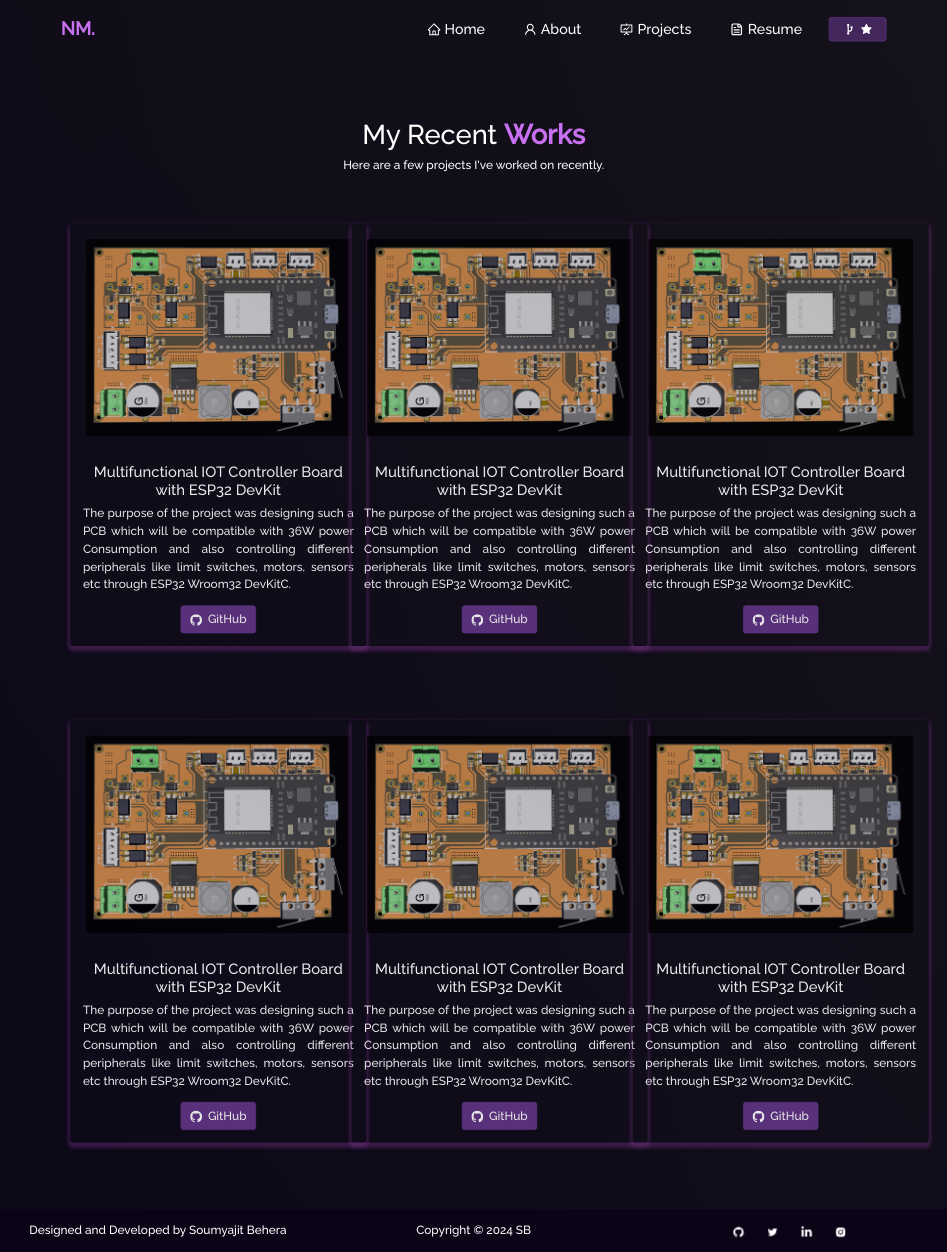
Repository: nenadMarkorvic/personal-website
Page: /project
An editor plug-in stored every save of this project. The page is shown before and after a run of saves, followed by the edit.
The browser window is 1280 px wide. The pictures show the whole page, at 74% of full size.
The project was rebuilt for these pictures with package versions that can differ from the ones it lists, and the page was loaded fresh each time. Also part of the build but not shown: src/components/Home/Home2.js, src/components/Home/Type.js, src/components/Home/Home.js, src/components/About/Github.js, src/components/About/AboutCard.js, src/components/About/Toolstack.js, src/components/About/About.js, src/components/Resume/ResumeNew.js. Imported but missing from the stored project, and not drawn on this page: src/Assets/Nenad Markovic_pcb.pdf.

Above is the page before, as saved 2024-08-29 10:51:55.

After the next 3 saves:
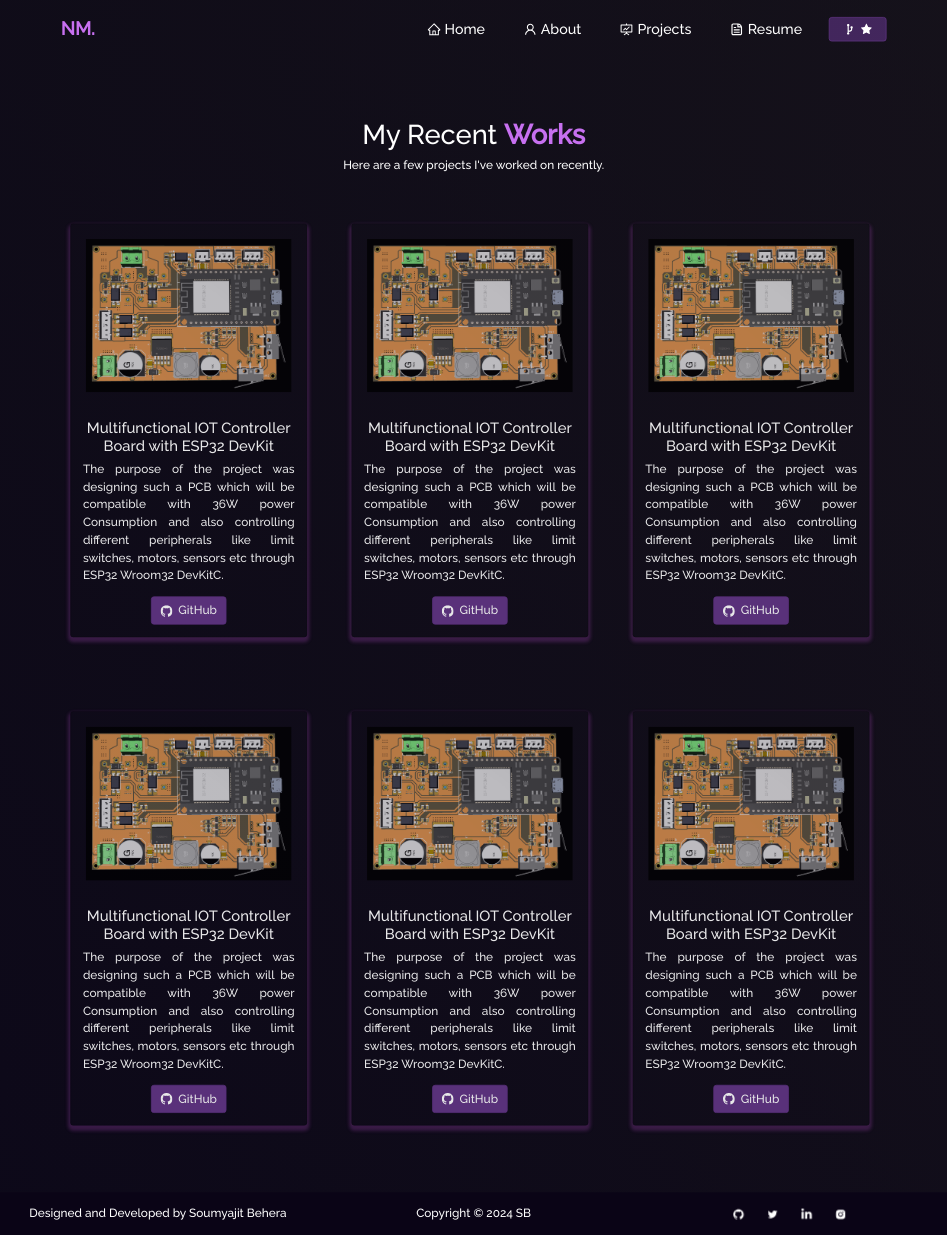
The 3 saves are shown as one change because they came seconds apart.
The last was saved 34 s later.
--- a/src/components/Projects/ProjectCards.js
+++ b/src/components/Projects/ProjectCards.js
@@ -6,7 +6,7 @@ import { BsGithub } from "react-icons/bs";
 
 function ProjectCards(props) {
   return (
-    <Card className="project-card-view" style={{ width: '400px' }}>
+    <Card className="project-card-view" style={{ width: '25vw' }}>
       <Card.Img variant="top" src={props.imgPath} alt="card-img" />
       <Card.Body>
         <Card.Title>{props.title}</Card.Title>
